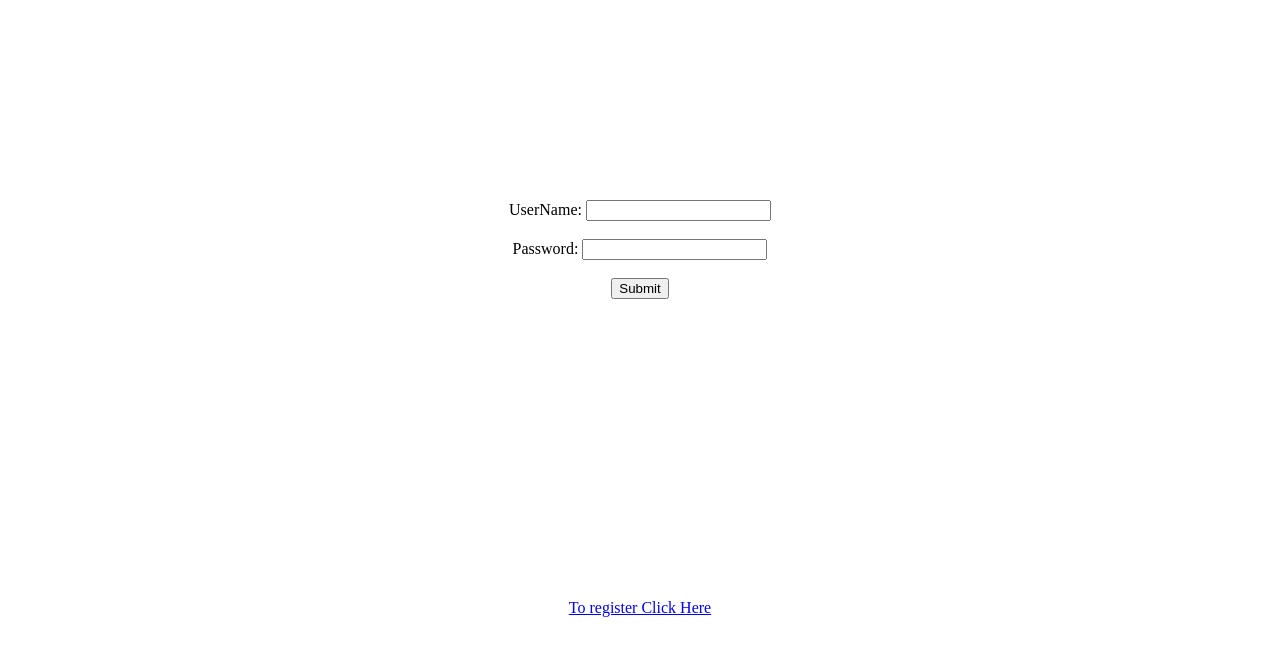
Repository: sunil965/JDBC-Servlet-JSP
Page: LoginForm/WebContent/index.html
An editor plug-in stored every save of this project. The page is shown before and after a run of saves, followed by the edit.
The browser window is 1280 px wide. The pictures show the whole page.

Above is the page before, as saved 2017-04-28 09:54:51.

### LoginForm/WebContent/index.html
<!DOCTYPE html>
<html>
<head>
<meta charset="UTF-8">
<title>Insert title here</title>
<style>
form {
	 margin: 200px 400px 300px 400px;
	 paddind: 50px 40px 50px 40px;
	 }
</style>
</head>
<body>

<div align="center">
<form action="log">
	UserName: <input type="text" name="user"><br><br>
	Password: <input type="password" name="pwd"><br><br>
	<input type="submit" name="Login">
</form>
<a href="Register.html">To register Click Here</a>
</div>
</body>
</html>

After the next 2 saves:
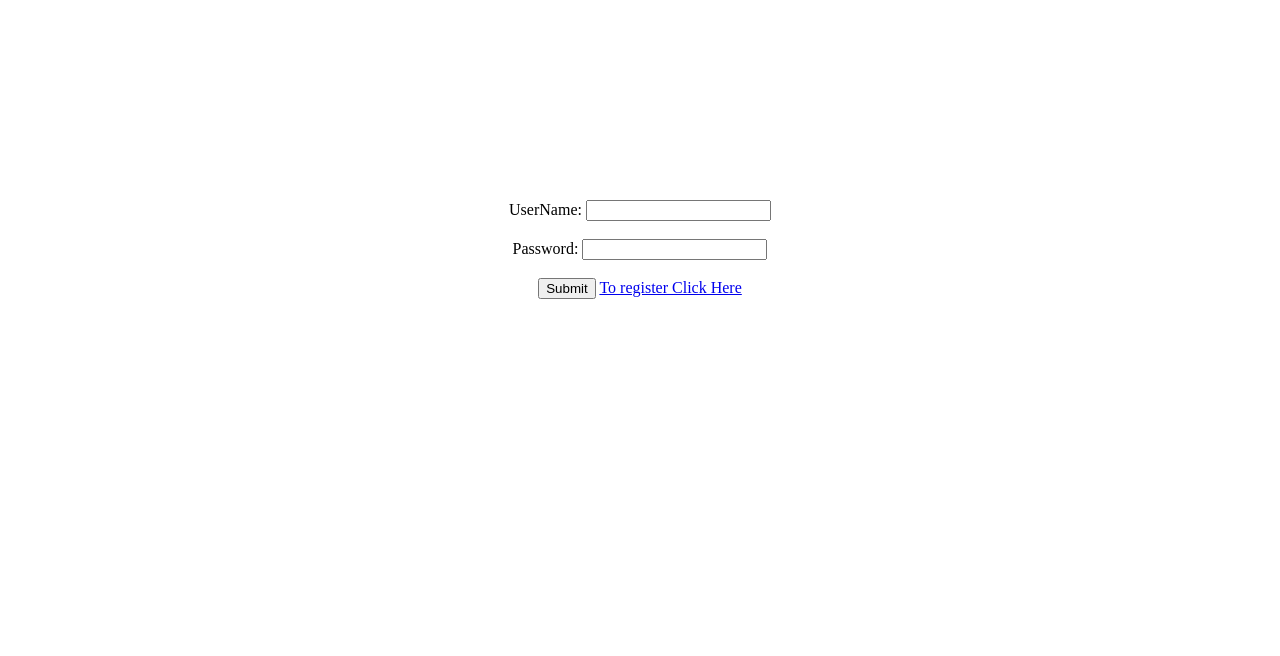
The 2 saves are shown as one change because they came seconds apart.
The last was saved 78 s later.
--- a/LoginForm/WebContent/index.html
+++ b/LoginForm/WebContent/index.html
@@ -17,8 +17,9 @@
 	UserName: <input type="text" name="user"><br><br>
 	Password: <input type="password" name="pwd"><br><br>
 	<input type="submit" name="Login">
+
+<a href="Register.html">To register Click Here</a>
 </form>
-<a href="Register.html">To register Click Here</a>
 </div>
 </body>
 </html>

After the 3 saves that followed:
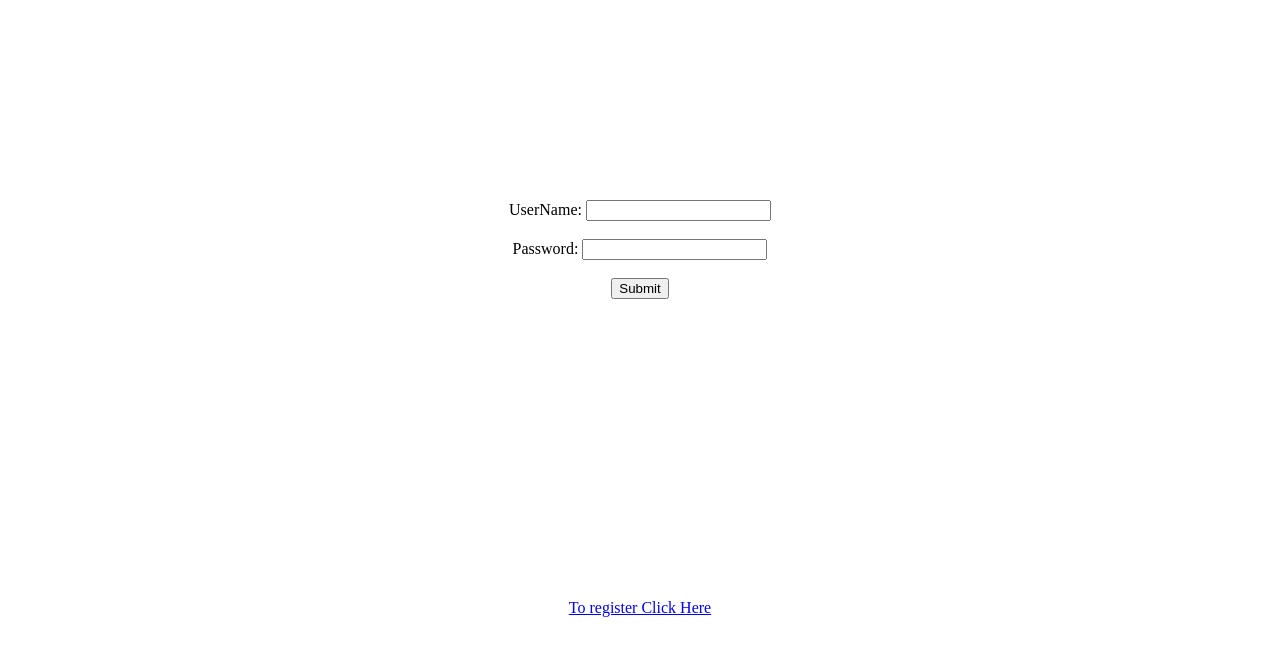
The 3 saves are shown as one change because 2 left the picture as it was.
The last was saved 4 min 9 s later.
--- a/LoginForm/WebContent/index.html
+++ b/LoginForm/WebContent/index.html
@@ -18,8 +18,9 @@
 	Password: <input type="password" name="pwd"><br><br>
 	<input type="submit" name="Login">
 
+
+</form>
 <a href="Register.html">To register Click Here</a>
-</form>
 </div>
 </body>
 </html>
